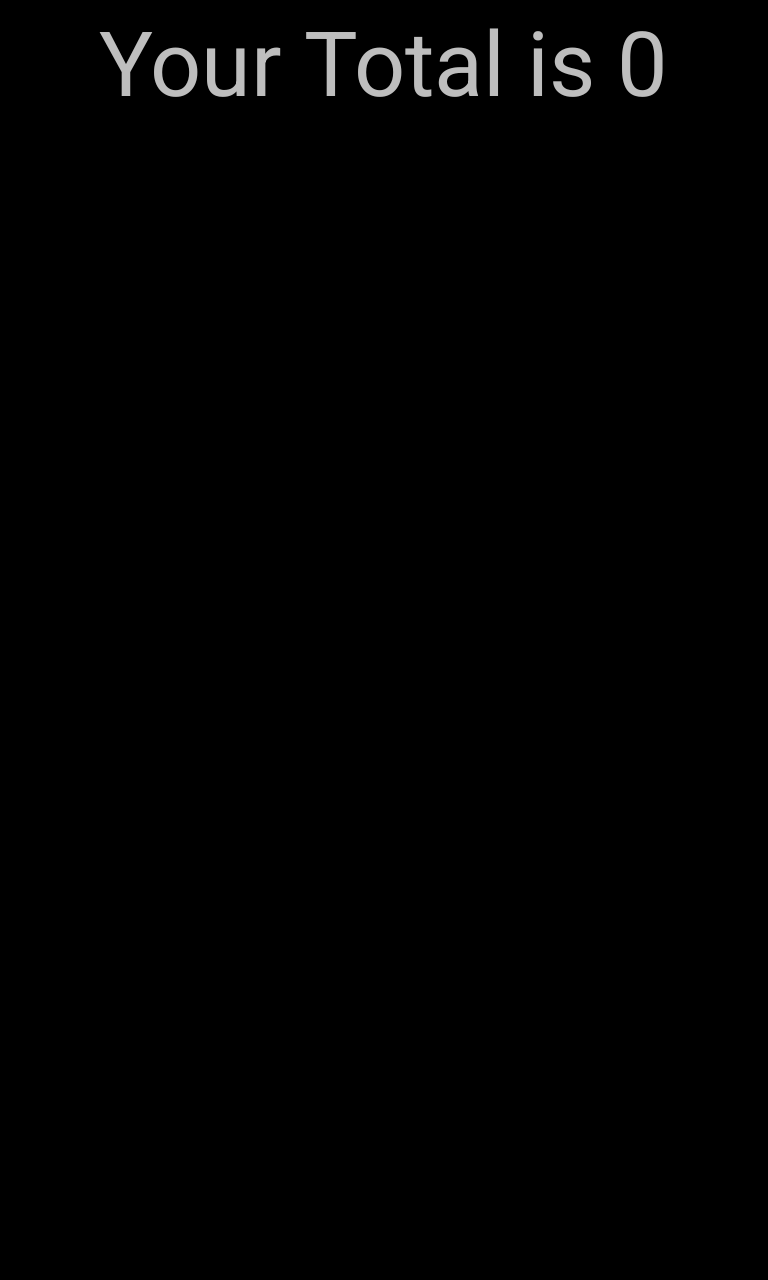
Repository: mcranwill/java_android
Layout: newboston/res/layout/main.xml
The author's editor kept a copy of each file at every save. The layout is drawn from the files as they stood at one save, then again after the next save.
It is drawn on a 768 x 1280 px phone screen (xhdpi) without system bars, with theme android:Theme; the app's code is not run.

Above is the layout before, as saved 2012-06-08 03:28:00.

### newboston/res/layout/main.xml
<?xml version="1.0" encoding="utf-8"?>
<LinearLayout xmlns:android="http://schemas.android.com/apk/res/android"
    android:layout_width="fill_parent"
    android:layout_height="fill_parent"
    android:orientation="vertical" >

    <TextView
        android:layout_width="wrap_content"
        android:layout_height="wrap_content"
        android:text="Your Total is 0"
        android:textSize="45dp"
        android:layout_gravity="center"
        />

</LinearLayout>

After the next save:
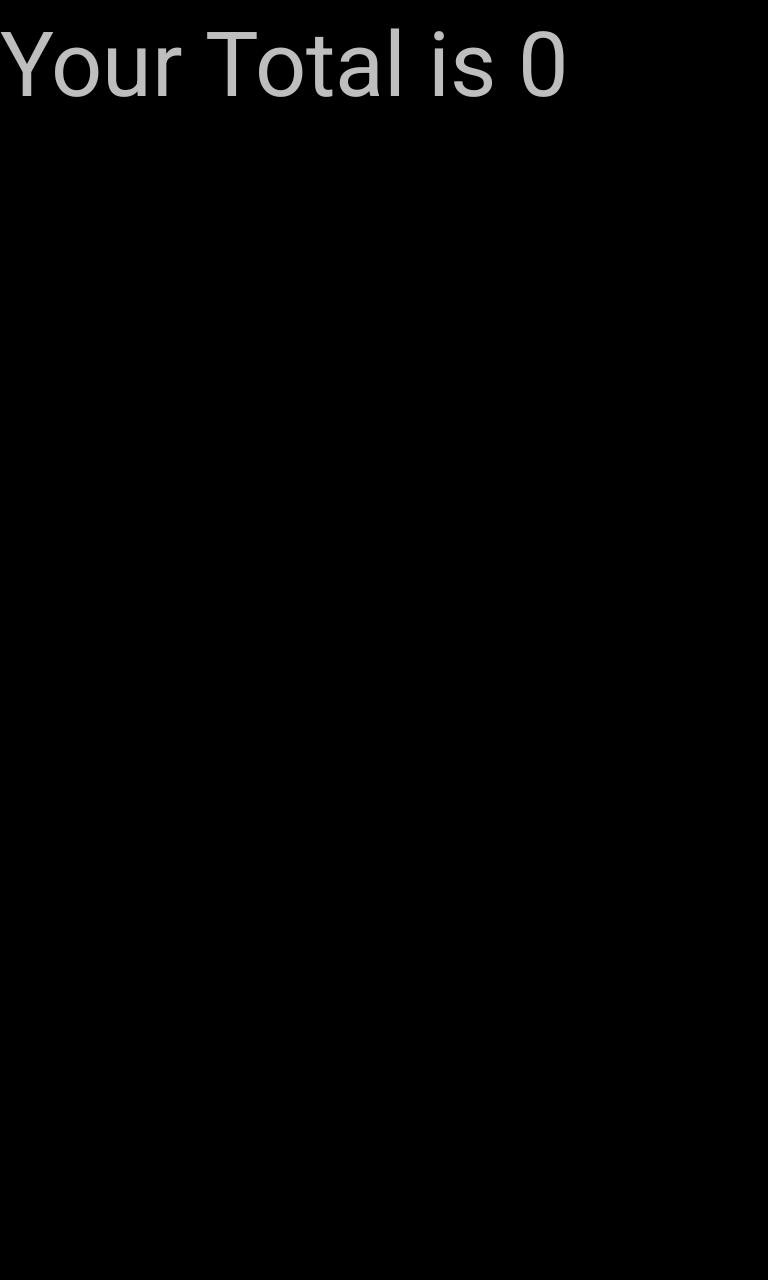
Saved 25 s later.
--- a/newboston/res/layout/main.xml
+++ b/newboston/res/layout/main.xml
@@ -5,7 +5,7 @@
     android:orientation="vertical" >
 
     <TextView
-        android:layout_width="wrap_content"
+        android:layout_width="fill_parent"
         android:layout_height="wrap_content"
         android:text="Your Total is 0"
         android:textSize="45dp"
